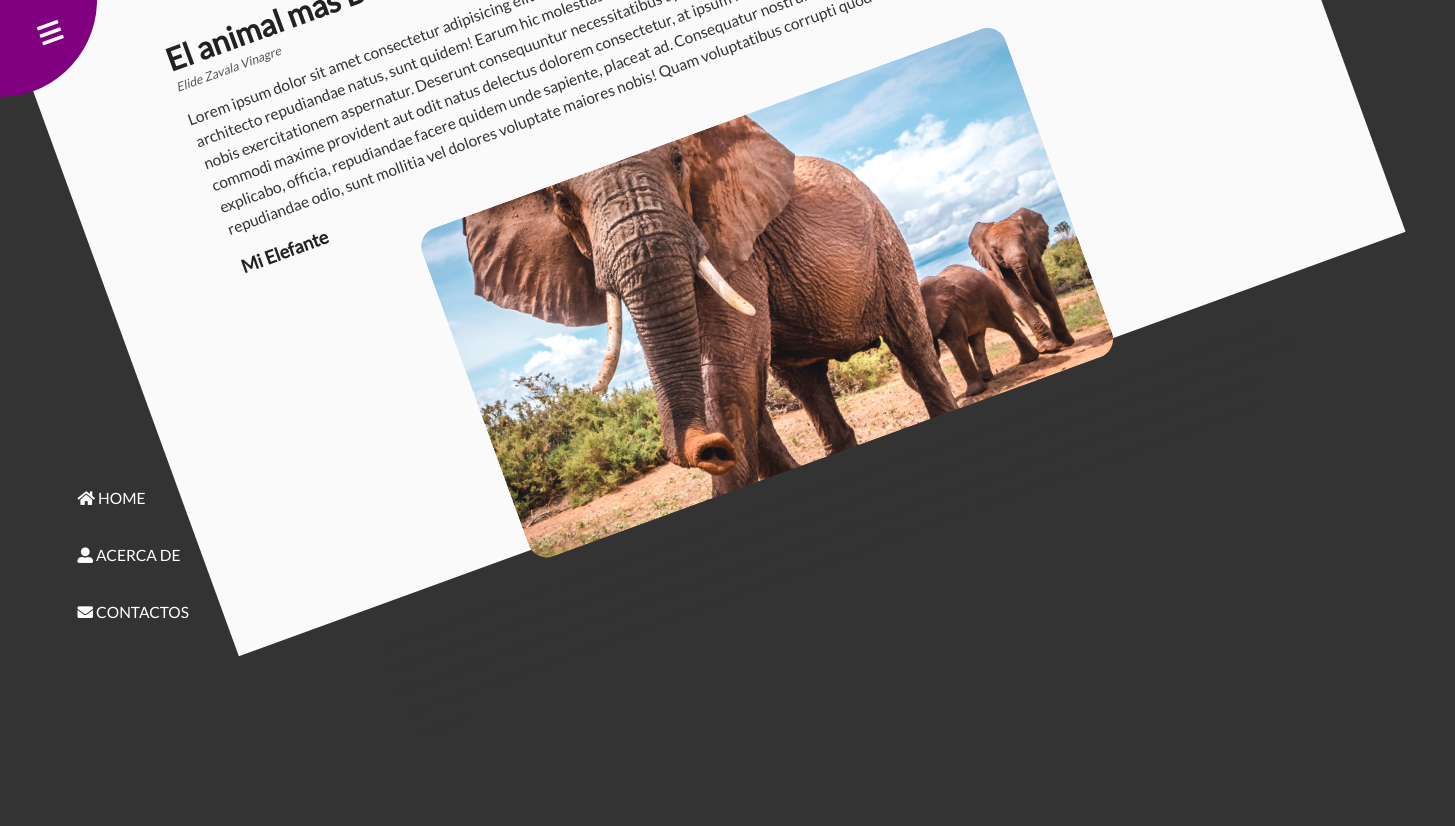
Repository: ElideZavala/Navagacion-en-rotacion
Page: index.html
An editor plug-in stored every save of this project. The page is shown before and after the next save, followed by the edit.
The browser window is 1280 px wide. The page is 1500 px wide, so the pictures cover 1500 px, including what lies to the right of the window. The pictures show the whole page, at 97% of full size.

Above is the page before, as saved 2021-05-29 09:57:34.

After the next save:
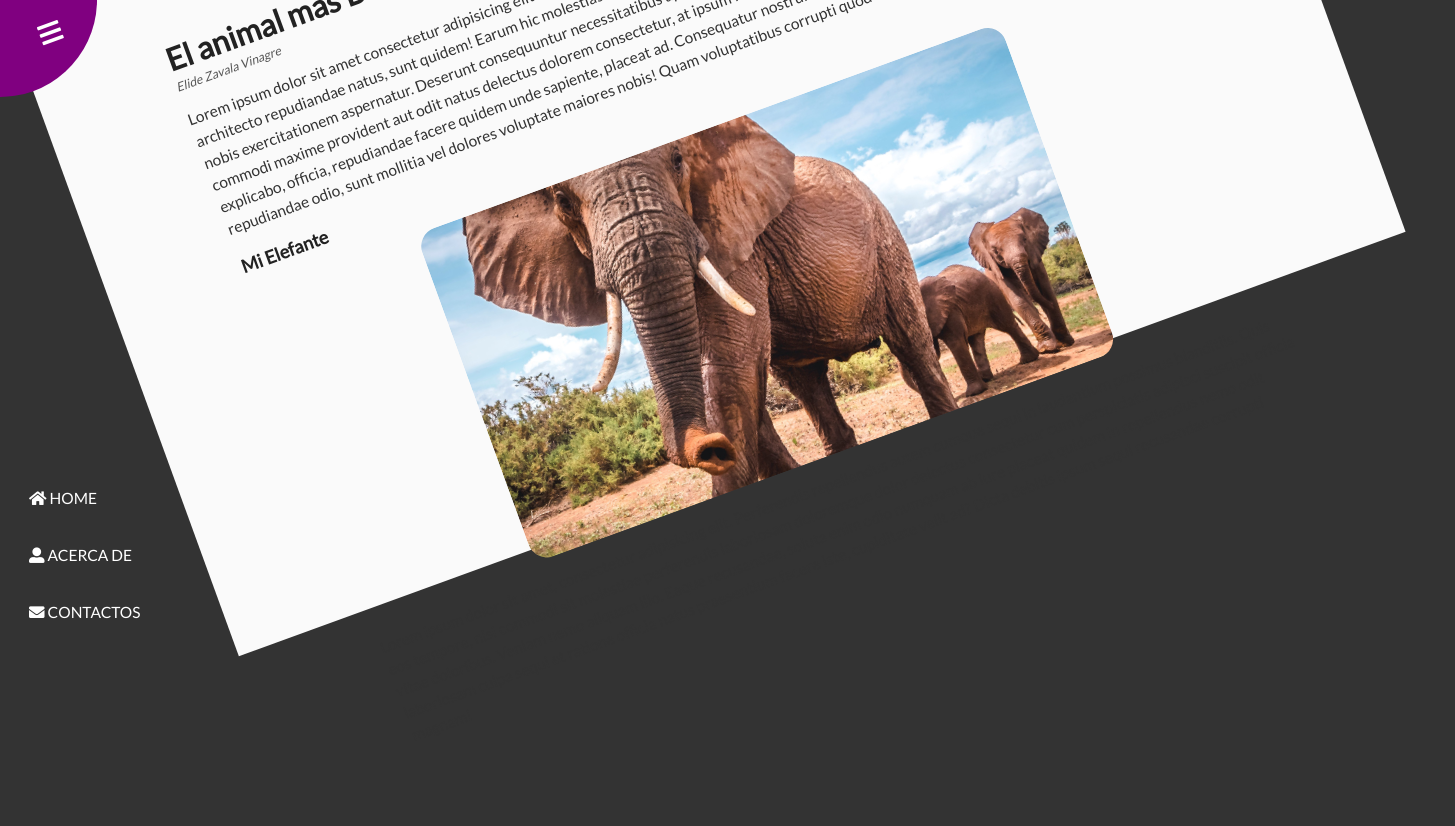
Saved 14 s later.
--- a/style.css
+++ b/style.css
@@ -91,7 +91,7 @@ nav ul {
 nav ul li {
 	text-transform: uppercase;
 	color: #fff;
-	margin: 40px 50px;
+	margin: 40px 0;
 }
 
 .content {
